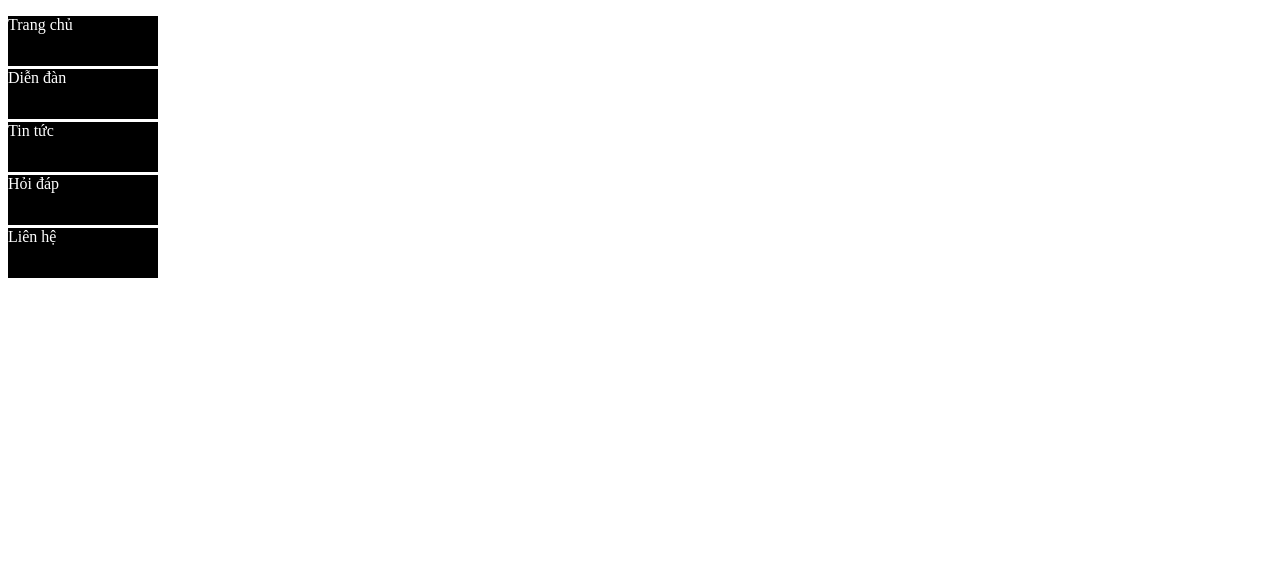
Repository: Tan-Khang21/TH_TKW--Buoi_08
Page: Bai_Tap_Tren_Lop/Bai_02/Bai_02.html
These files come from the project's save history. The page is drawn as it stood at one moment and after the next save; the edit follows.
The browser window is 1280 px wide. The pictures show the whole page.

Above is the page before, as saved 2024-03-12 21:24:39.

### Bai_Tap_Tren_Lop/Bai_02/Bai_02.html
<!DOCTYPE html>
<html lang="en">
  <head>
    <meta charset="UTF-8" />
    <meta name="viewport" content="width=device-width, initial-scale=1.0" />
    <title>Document</title>
    <link rel="stylesheet" href="style.css" />
  </head>
  <body>
    <ul type="none" class="list1">
      <li class="list1_item">Trang chủ</li>
      <div style="display: flex; align-items: first baseline">
        <li class="list1_item">Diễn đàn</li>
        <ul type="none" class="list2">
          <li class="list2_item">Sinh viên Hufi</li>
          <div style="display: flex; align-items: first baseline">
            <li class="list2_item">Sinh viên CNTT</li>
            <ul type="none" class="list3">
              <li class="list3_item">Khóa 09DHTH</li>
              <li class="list3_item">Khóa 10DHTH</li>
            </ul>
          </div>
        </ul>
      </div>
      <div style="display: flex; align-items: first baseline">
        <li
          style="display: flex; align-items: first baseline"
          class="list1_item"
        >
          Tin tức
        </li>
        <ul type="none" class="list2">
          <li class="list2_item">Học vụ</li>
          <li class="list2_item">Điểm rèn luyện</li>
          <li class="list2_item">Đoàn thể</li>
          <li class="list2_item">Sinh hoạt ngoại khóa</li>
        </ul>
      </div>
      <li class="list1_item">Hỏi đáp</li>
      <li class="list1_item">Liên hệ</li>
    </ul>
  </body>
</html>

### Bai_Tap_Tren_Lop/Bai_02/style.css
ul {
  padding: 0;
}

.list1_item {
  width: 150px;
  height: 50px;
  background-color: black;
  color: white;
  border-bottom: 3px solid #fff;
  transition: 0.5s linear; /* Sửa đổi đơn vị thời gian */
}

.list1_item:hover {
  background-color: #454545;
}

.list2_item,
.list3_item {
  width: 150px;
  height: 50px;
  background-color: #808080;
  color: white;
  transition: 0.5s linear; /* Sửa đổi đơn vị thời gian */
  display: none;
  border-bottom: 3px solid #fff;
}

.list1_item:hover + ul .list2_item,
.list2_item:hover + ul .list3_item {
  display: block;
}

After the next save:
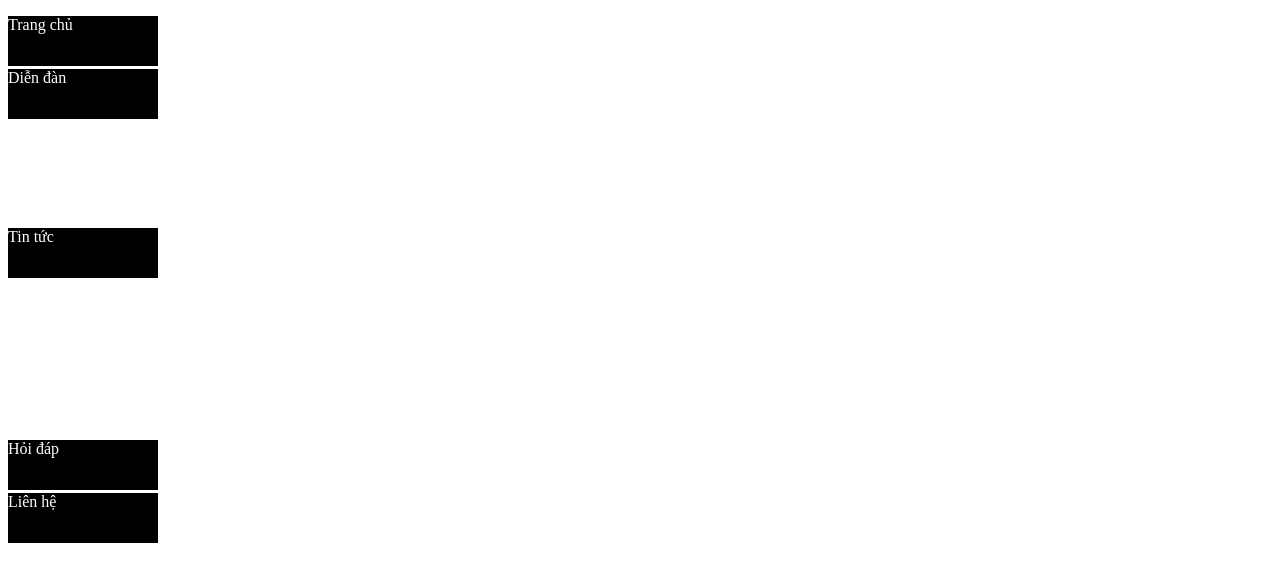
Saved 16 h 36 min later.
--- a/Bai_Tap_Tren_Lop/Bai_02/style.css
+++ b/Bai_Tap_Tren_Lop/Bai_02/style.css
@@ -22,11 +22,11 @@
   background-color: #808080;
   color: white;
   transition: 0.5s linear; /* Sửa đổi đơn vị thời gian */
-  display: none;
+  visibility: hidden;
   border-bottom: 3px solid #fff;
 }
 
 .list1_item:hover + ul .list2_item,
 .list2_item:hover + ul .list3_item {
-  display: block;
+  visibility: visible;
 }

After the 2 saves that followed:
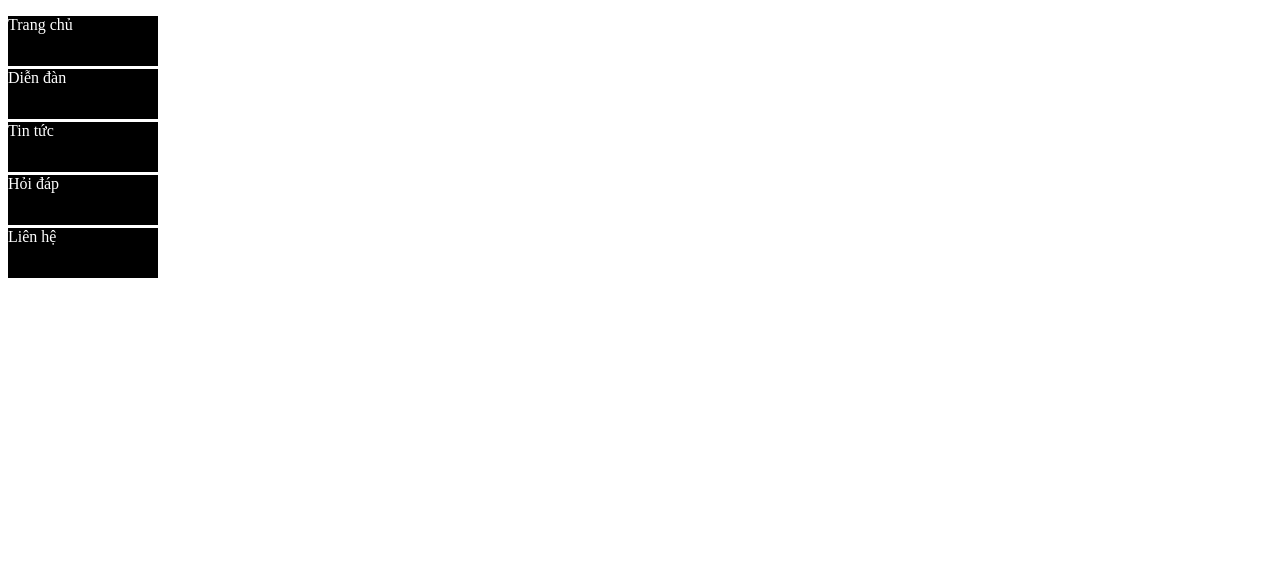
The 2 saves are shown as one change because 1 left the picture as it was.
The last was saved 64 s later.
--- a/Bai_Tap_Tren_Lop/Bai_02/style.css
+++ b/Bai_Tap_Tren_Lop/Bai_02/style.css
@@ -24,9 +24,13 @@
   transition: 0.5s linear; /* Sửa đổi đơn vị thời gian */
   visibility: hidden;
   border-bottom: 3px solid #fff;
+  opacity: 0;
+  display: none;
 }
 
 .list1_item:hover + ul .list2_item,
 .list2_item:hover + ul .list3_item {
   visibility: visible;
+  opacity: 1;
+  display: block;
 }
